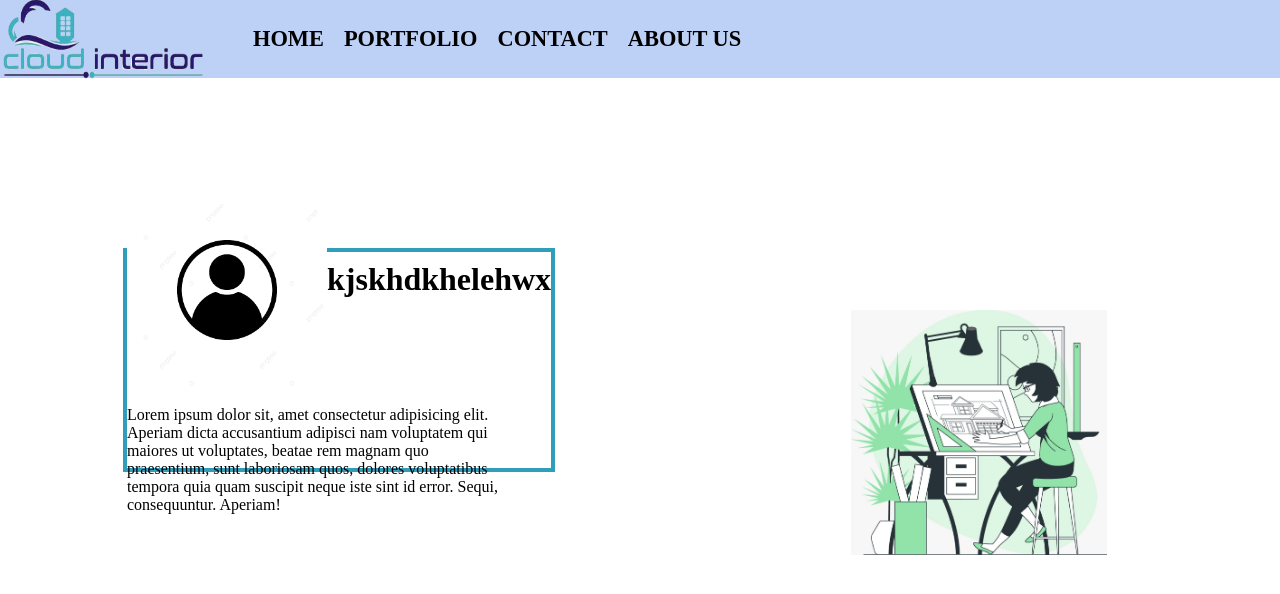
Repository: Ganavid/ganavidgowda.github.io
Page: cloud interior/about.html
These files come from the project's save history. The page is drawn as it stood at one moment and after a run of saves; the edit follows.
The browser window is 1280 px wide. The pictures show the whole page.

Above is the page before, as saved 2023-03-04 13:07:14.

After the next 2 saves:
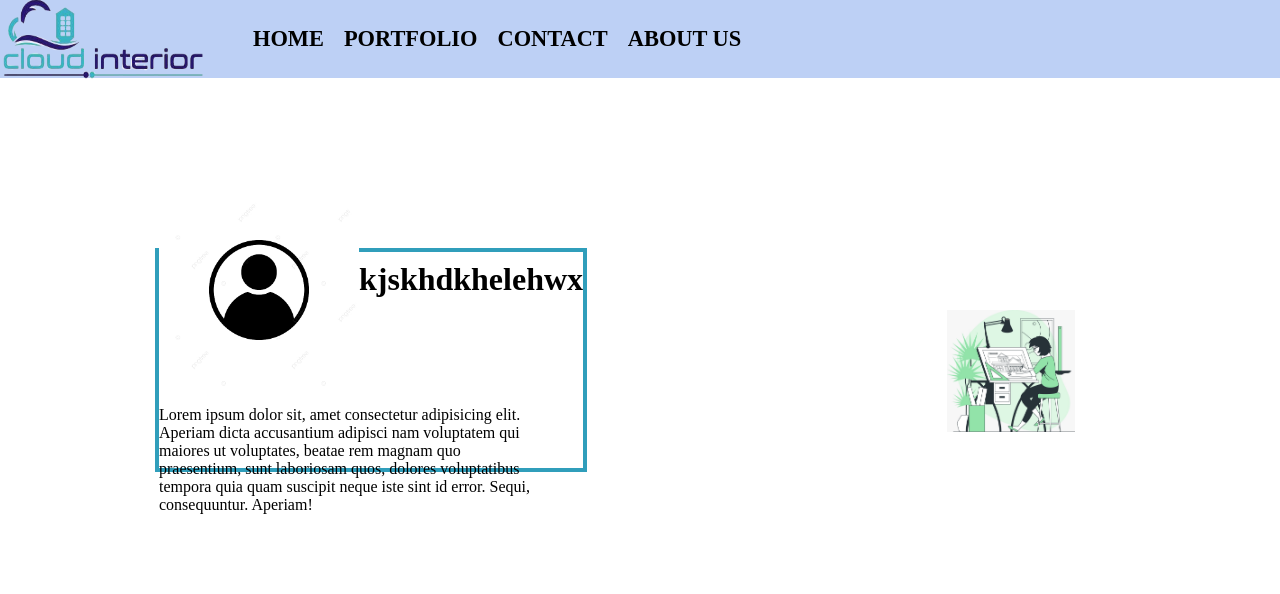
The 2 saves are shown as one change because they came seconds apart.
The last was saved 10 s later.
--- a/cloud interior/about.css
+++ b/cloud interior/about.css
@@ -106,7 +106,7 @@ nav {
 }
 
 #imgl{
-    width: 20vw;
+    width: 10vw;
     /* height: 30vh; */
 }
 
